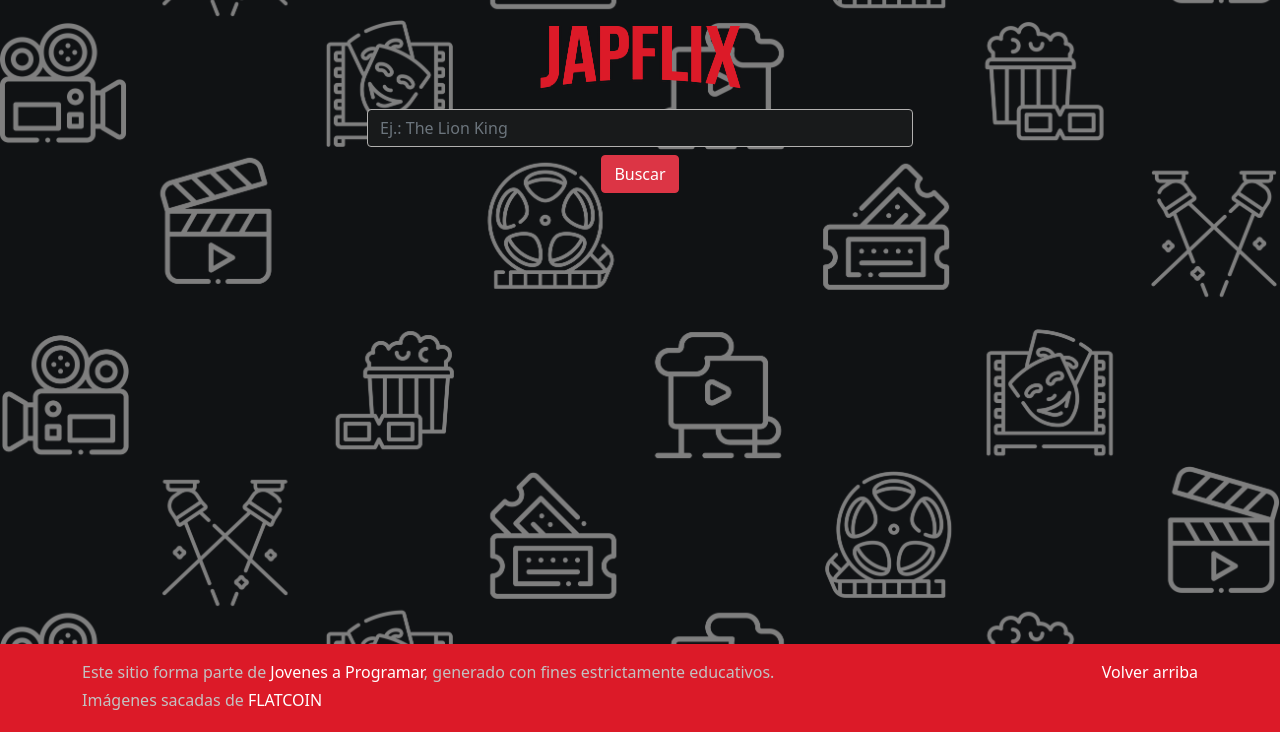
Repository: romancegirl/japflix
Page: index.html
An editor plug-in stored every save of this project. The page is shown before and after the next save, followed by the edit.
The browser window is 1280 px wide. The pictures show the whole page.
The page's requests for data from a server got no answer.

Above is the page before, as saved 2024-11-18 19:01:41.

### index.html
<!doctype html>
<html lang="es">

<head>
  <meta charset="utf-8">
  <meta name="viewport" content="width=device-width, initial-scale=1">
  <title>Japflix</title>

  <link href="css/bootstrap.min.css" rel="stylesheet">
  <link rel="stylesheet" href="https://cdnjs.cloudflare.com/ajax/libs/font-awesome/4.7.0/css/font-awesome.min.css">
  <link rel="stylesheet" href="css/style.css">

</head>

<body class="bg-dark d-flex flex-column min-vh-100">

  <main class="flex-grow-1">
    <div class="text-center container">
      <div class="row py-lg-3">
        <div class="col-lg-6 col-md-8 mx-auto">
          <h1 class="fw-light"><img src="img/japflix.png" alt="japflix"></h1>
          <input type="search" class="form-control" name="buscar" id="inputBuscar" placeholder="Ej.: The Lion King">
          <button class="btn btn-danger m-2" id="btnBuscar">Buscar</button>
        </div>
      </div>
    </div>
    <div class="album">
      <ul class="list-group container" id="lista">
      </ul>
    </div>
  </main>

  <footer class="text-muted py-3">
    <div class="container">
      <p class="float-end mb-1">
        <a href="#">Volver arriba</a>
      </p>
      <p class="mb-1">Este sitio forma parte de <a href="https://jovenesaprogramar.edu.uy/" target="_blank">
        Jovenes a Programar</a>, generado con fines estrictamente educativos.</p>
        <p class="mb-1">Imágenes sacadas de <a href="https://www.flaticon.com/free-icon/" target="_blank">FLATCOIN</a></p>
    </div>
  </footer>

  <div class="offcanvas offcanvas-top text-bg-dark" id="movieDetails" tabindex="-1" aria-labelledby="movieDetailsLabel">
    <div class="offcanvas-header bg-dark text-bg-dark">
      <h4 id="movieTitle"></h4>
      <button type="button" class="btn-close btn-close-white" data-bs-dismiss="offcanvas" aria-label="Close"></button>
    </div>
    <div class="offcanvas-body bg-dark text-bg-dark">
      <p id="movieOverview"></p>
      <p><strong>Géneros:</strong> <span id="movieGenres"></span></p>
      <button class="btn btn-danger dropdown-toggle" data-bs-toggle="dropdown" aria-expanded="false" id="btnInfo">Más información</button>
      <ul class="dropdown-menu bg-dark text-bg-dark">
        <li><strong>Año de lanzamiento:</strong> <span id="movieYear"></span></li>
        <hr>
        <li><strong>Duración:</strong> <span id="movieDuration"></span> min</li>
        <hr>
        <li><strong>Presupuesto:</strong> $<span id="movieBudget"></span></li>
        <hr>
        <li><strong>Ganancias:</strong> $<span id="movieRevenue"></span></li>
      </ul>
    </div>
  </div>

  <script src="js/bootstrap.bundle.min.js"></script>
  <script src="js/script.js"></script>
</body>


</html>

### css/style.css
body {
    background-color: #1C1E1F;
    color: #B2B1B0;
    background:
        linear-gradient(rgba(0, 0, 0, 0.5), rgba(0, 0, 0, 0.5)),
        /* Capa de color */
        url('../img/background.png');
    /* Imagen de fondo */
    background-size: 80rem;
    /* Tamaño de cada repetición (ajusta según necesites) */
    background-position: top 20px center;
    /* Centra horizontalmente y comienza 20px abajo */
    background-repeat: repeat;
}

input[type="search"] {
    background-color: #181A1B;
    border: 1px solid #B2B1B0;
    color: #B2B1B0;
}

input[type="search"]:focus {
    box-shadow: 0 0 10px #96242F;
    background-color: #181A1B;
    border: 1px solid #96242F;
    color: #B2B1B0;
}

.offcanvas-body {
    background-color: #1C1E1F;
    color: #B2B1B0;
}

.img-card-fit {
    object-fit: cover;
    width: 100%;
    height: auto;
}

.img-cont {
    height: 200px;
    overflow: hidden;
    background-color: beige;
}

.card-content {
    height: 150px;
    overflow: auto;
}

main {
    min-height: calc(100vh - 100px);
}

.checked {
    color: orange;
}

.offcanvas-top {
    height: fit-content;
}

.list-group-item .d-flex {
    gap: 10px;
}

@media (max-width: 768px) {
    .list-group-item .d-flex {
        flex-direction: column;
        align-items: flex-start;
    }

    .list-group-item .d-flex p,
    .list-group-item .d-flex div {
        align-self: flex-start;
        width: 100%;
        margin: 0;
    }

    .list-group-item .d-flex div {
        margin-top: 8px;
    }
}

#movieGenres {
    font-style: italic;
}

.dropdown-menu {
    padding: 1rem 2rem;
    color: #B2B1B0;

}

footer {
    background-color: #DC1A28;
    bottom: 0;
    width: 100%;
    margin-top: 1.5rem;
}

footer p {
    color: #c3c2c2
}

footer a {
    color: #ffffff;
    text-decoration: none;
}

footer a:hover {
    color: #9b9a9b;
    transform: scale(1.05);
    transition: color 0.3s, text-shadow 0.3s;
}


.no-results-message {
    border: 5px dashed red;
    padding: 20px;
    margin: 2rem auto;
    width: fit-content;
    display: flex;
    justify-content: center;
    align-items: center;
}

.double {
    border: 10px double #d71a2d;
}

#movieTitle {
    border: 10px double #d71a2d;
    padding: 10px;
    margin-bottom: 0;
}


#lista>.list-group-item.double:hover {
    background-color: #393939 !important;
    /* Un color más claro */
    transition: background-color 0.5s ease, box-shadow 0.5s ease;
    box-shadow: 0 4px 8px rgba(0, 0, 0, 0.3);
    /* Sombra */
    cursor: pointer;
}

### js/script.js
document.addEventListener("DOMContentLoaded", () => {
    fetchMovies();
});

let moviesData = [];

async function fetchMovies() {
    try {
        const response = await fetch("https://japceibal.github.io/japflix_api/movies-data.json");
        moviesData = await response.json();
    } catch (error) {
        console.error("Error al obtener datos de la API:", error);
    }
}


document.getElementById("btnBuscar").addEventListener("click", () => searchMovies());

document.getElementById("inputBuscar").addEventListener("keydown", (event) => {
    if (event.key === "Enter") {
        event.preventDefault();
        searchMovies();
    }
});


function searchMovies() {
    const searchTerm = document.getElementById("inputBuscar").value.toLowerCase();
    if (searchTerm) {
        const results = moviesData.filter(movie =>
            movie.title.toLowerCase().includes(searchTerm) ||
            movie.genres.some(genre => genre.name.toLowerCase().includes(searchTerm)) ||
            (movie.tagline && movie.tagline.toLowerCase().includes(searchTerm)) ||
            (movie.overview && movie.overview.toLowerCase().includes(searchTerm))
        );
        displayMovies(results);
    }
}


function displayMovies(movies) {
    const lista = document.getElementById("lista");
    lista.innerHTML = "";

    if (movies.length === 0) {
        const noResultsMessage = document.createElement("li");
        noResultsMessage.className = "list-group-item bg-dark text-white text-center no-results-message";
        noResultsMessage.innerHTML = `
            <h3><strong>¡Ups! No hemos encontrado ninguna película. ¡Vuelve a intentarlo!</strong></h3>
        `;
        lista.appendChild(noResultsMessage);
    } else {
        movies.forEach(movie => {
            const listItem = document.createElement("li");
            listItem.className = "list-group-item bg-dark text-white double";
            listItem.innerHTML = `
                <h5>${movie.title}</h5>
                <div class="d-flex justify-content-between align-items-center">
                    <p><i>${movie.tagline}</i></p>
                    <div>${renderStars(movie.vote_average)}</div>
                </div>
            `;
            listItem.addEventListener("click", () => showMovieDetails(movie));
            lista.appendChild(listItem);
        });
    }
}



function renderStars(vote) {
    let stars = "";
    for (let i = 1; i <= 5; i++) {
        stars += `<span class="fa fa-star ${i <= vote / 2 ? "checked" : ""}"></span>`;
    }
    return stars;
}


function showMovieDetails(movie) {
    document.getElementById("movieTitle").textContent = movie.title;
    document.getElementById("movieOverview").textContent = movie.overview;
    document.getElementById("movieGenres").textContent = movie.genres.map(genre => genre.name).join(", ");
    document.getElementById("movieYear").textContent = new Date(movie.release_date).getFullYear();
    document.getElementById("movieDuration").textContent = movie.runtime;
    document.getElementById("movieBudget").textContent = movie.budget.toLocaleString();
    document.getElementById("movieRevenue").textContent = movie.revenue.toLocaleString();

    const offcanvas = new bootstrap.Offcanvas(document.getElementById("movieDetails"));
    offcanvas.show();
}

Loaded but not shown: css/bootstrap.min.css (library); js/bootstrap.bundle.min.js (library)

After the next save:
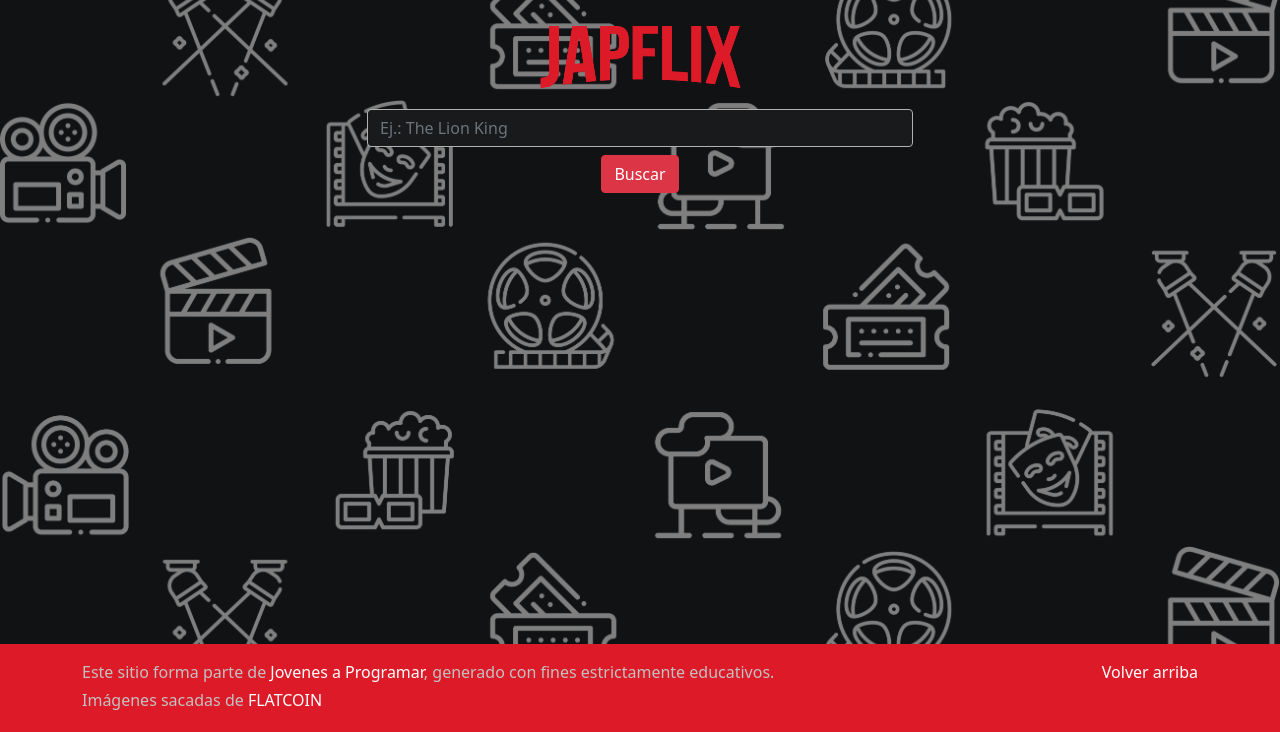
Saved 20 s later.
--- a/css/style.css
+++ b/css/style.css
@@ -8,7 +8,7 @@
     /* Imagen de fondo */
     background-size: 80rem;
     /* Tamaño de cada repetición (ajusta según necesites) */
-    background-position: top 20px center;
+    background-position: top 100px center;
     /* Centra horizontalmente y comienza 20px abajo */
     background-repeat: repeat;
 }

After the save that followed:
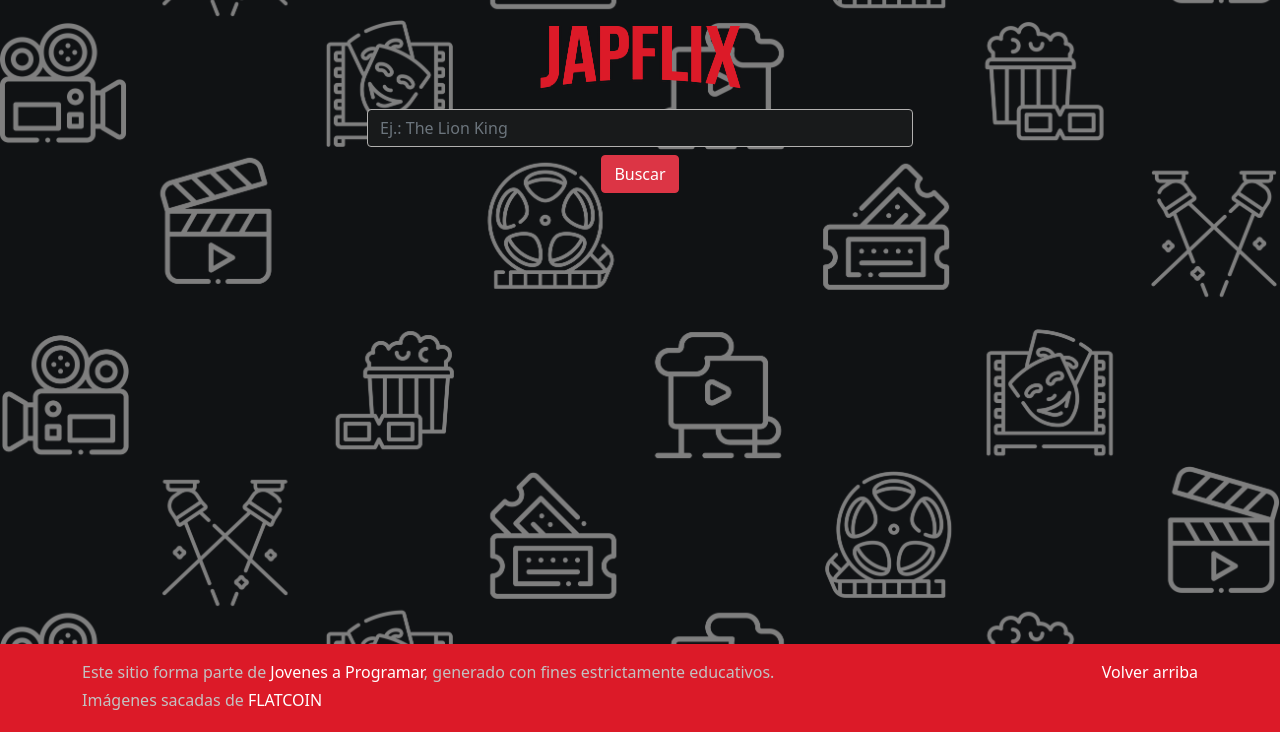
Saved 8 s later.
--- a/css/style.css
+++ b/css/style.css
@@ -8,7 +8,7 @@
     /* Imagen de fondo */
     background-size: 80rem;
     /* Tamaño de cada repetición (ajusta según necesites) */
-    background-position: top 100px center;
+    background-position: top 20px center;
     /* Centra horizontalmente y comienza 20px abajo */
     background-repeat: repeat;
 }
